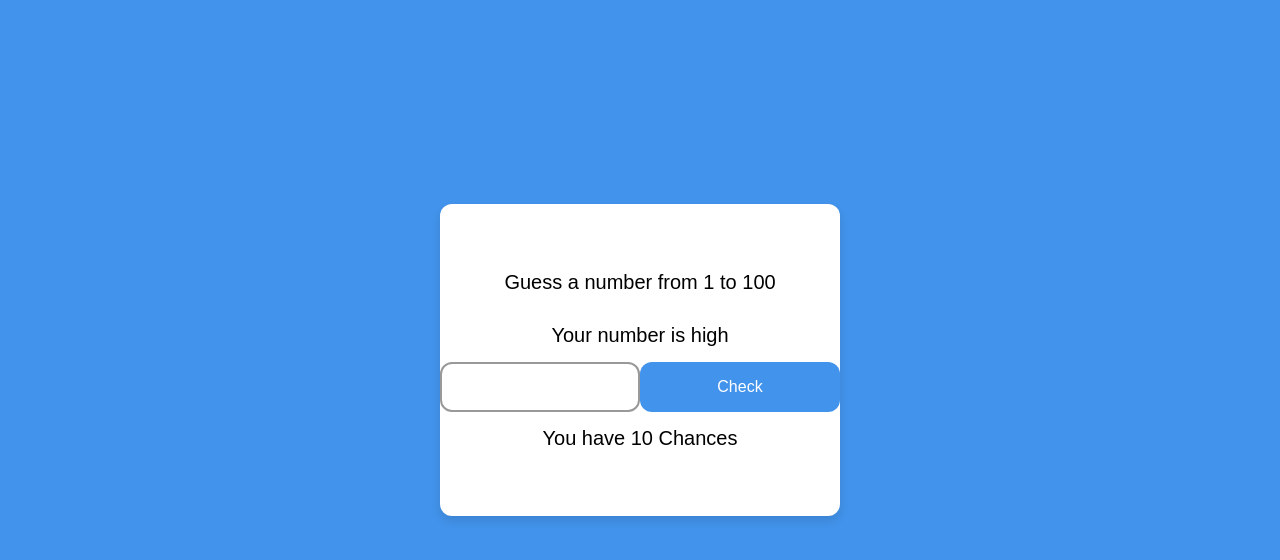
Repository: Ankitkr2021/Guess_Game
Page: index.html
An editor plug-in stored every save of this project. The page is shown before and after the next save, followed by the edit.
The browser window is 1280 px wide. The pictures show the whole page.

Above is the page before, as saved 2025-09-30 17:56:33.

After the next save:
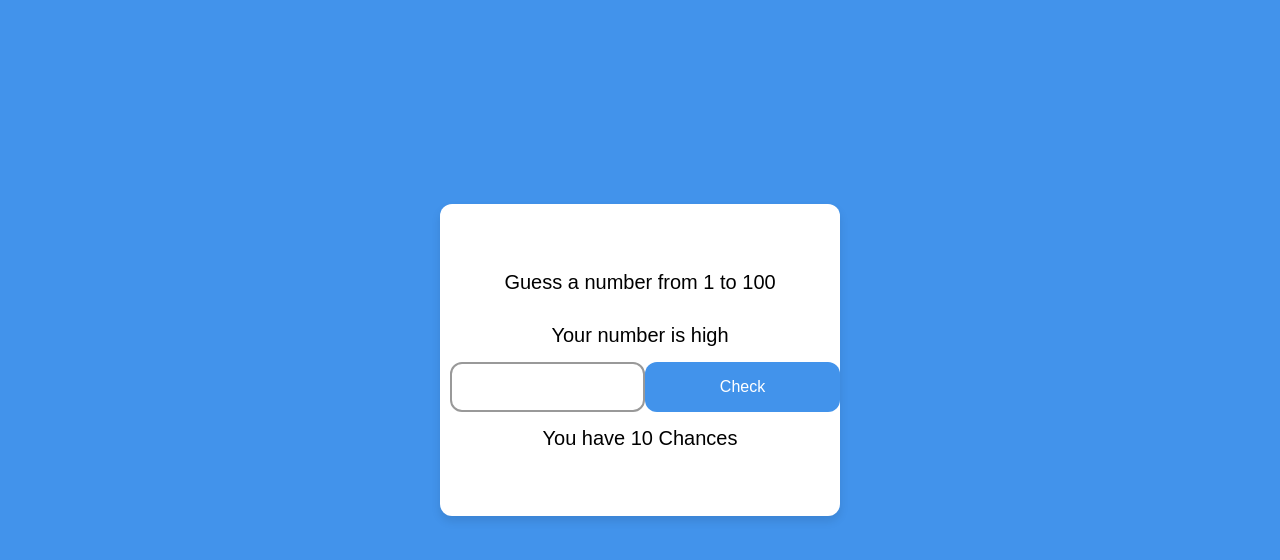
Saved 10 s later.
--- a/style.css
+++ b/style.css
@@ -47,8 +47,7 @@ input{
     /* margin: 50px; */
     /* padding: 20px; */
     width: calc(100% / 2);
-    /* margin: 40px; */
-    border: 20px;
+    margin-left: 10px;
     height: 50px;
     border-radius: 12px;
     padding: 0 20px;
